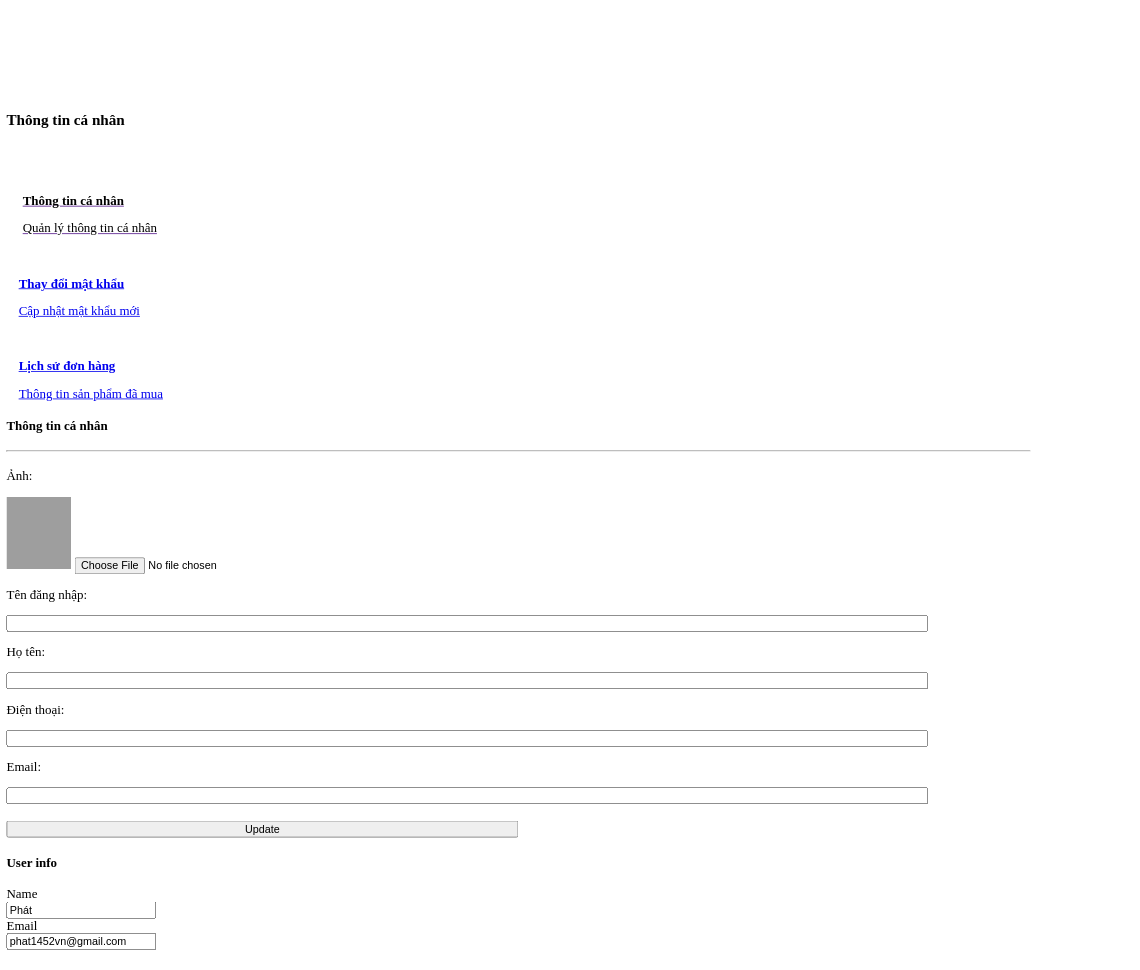
Repository: nguyengiabao245/NHOM3_C2
Page: http://localhost/DoAnJava/WEB-INF/views/account/edit.jsp
An editor plug-in stored every save of this project. The page is shown before and after the next save, followed by the edit.
The browser window is 1280 px wide. The page is 1408 px wide, so the pictures cover 1408 px, including what lies to the right of the window. The pictures show the whole page, at 81% of full size.
Pictures or frames that could not be fetched are drawn as grey boxes. The page is served by Tomcat 9. Nobody is signed in. Other server files are loaded and not shown. The template is opened directly, without the code that normally fills it, so the values that code supplies are empty.

Above is the page before, as saved 2022-05-16 05:45:28.

### DoAnJava/src/main/webapp/WEB-INF/views/account/edit.jsp
<%@ page pageEncoding="utf-8"%>
<%@ taglib uri="http://www.springframework.org/tags/form" prefix="form"%>
<%@ taglib uri="http://www.springframework.org/tags" prefix="s"%>

<div class="container" style="margin-bottom: 25px;margin-top: 100px">
	<br>


	<h3 class="title" style="font-weight: 700">Thông tin cá nhân</h3>
	<br>


	<div class="row">
		<div class="col-sm-4">
			<div class="quan-li-thong-tin">
				<li class="nav-item2 active" style="list-style-type: none;"><a
					class="nav-link collapsed" href="" ata-toggle="collapse"
					id="i">
						<div class="row">
							<div class="col-sm-2">
								<i class="fas fa-info-circle" style="font-size: 30px; padding: 12px 5px; color: black;"></i>
							</div>
							<div class="col-sm-10" style="padding: 0px 15px;">
								<span> <b>Thông tin cá nhân</b>
									<p>Quản lý thông tin cá nhân</p>
								</span>
							</div>
						</div>
				</a></li>
			</div>
			<li class="nav-item2" style="list-style-type: none;">
				<a class="nav-link collapsed" href="/account/change" data-toggle="collapse" data-target="#collapseNews" aria-expanded="true" aria-controls="collapseNews">
					<div class="row">
						<div class="col-sm-2">
							<i class="fas fa-key"
								style="font-size: 30px; padding: 12px 5px; color: rgb(255, 208, 0);"></i>
						</div>
						<div class="col-sm-10" style="padding: 0px 15px;">
							<span> <b>Thay đổi mật khẩu</b>
								<p>Cập nhật mật khẩu mới</p>
							</span>
						</div>
					</div>
				</a>
			</li>
			<li class="nav-item2" style="list-style-type: none;"><a
				class="nav-link collapsed" href="/order/list"
				data-target="#collapseTwo" aria-expanded="true"
				aria-controls="collapseTwo">
					<div class="row">
						<div class="col-sm-2">
							<i class="fas fa-shopping-cart"
								style="font-size: 30px; padding: 12px 5px; color: brown;"></i>
						</div>
						<div class="col-sm-10" style="padding: 0px 15px;">
							<span> <b>Lịch sử đơn hàng</b>
								<p>Thông tin sản phẩm đã mua</p>
							</span>
						</div>
					</div>
			</a>
		</li>

		</div>





<!--  -->
		<div class="col-sm-8">
			<div class="ct1">
				<div>
					<div class="panel-heading">
                                <h4 class="panel-title">Thông tin cá nhân</h4>
                            </div>
					<hr>
					<form:form action="/account/edit" modelAttribute="form" enctype="multipart/form-data">
					<h4 class="label label-danger">${message}</h4>
						<div class="row" style="margin-top:20px">
							<div class="col-sm-4">
								<p>Ảnh:</p>
							</div>
							<div class="col-sm-8">
								<p>
									<img src="/static/images/customers/${form.photo}"
										style="width: 80px; height: 90px;" /> <input type="file"
										name="photo_file" />
									<form:hidden path="photo" class="form-control" />
								</p>
							</div>
						</div>
						<div class="row">
							<div class="col-sm-4">
								<p>Tên đăng nhập:</p>
							</div>
							<div class="col-sm-8">
								<p>
									<form:input style="width: 90%;" path="id" class="form-control" readonly="true" />
								</p>
							</div>
						</div>
						<div class="row">
							<div class="col-sm-4">
								<p>Họ tên:</p>
							</div>
							<div class="col-sm-8">
								<p>
									<form:input style="width: 90%;" path="fullname" class="form-control" required="required" pattern=".{6,}" title="Họ tên phải từ 6 ký tự trở lên"/>
								</p>
							</div>
						</div>
						<div class="row">
							<div class="col-sm-4">
								<p>Điện thoại:</p>
							</div>
							<div class="col-sm-8">
								<p>
									<form:input style="width: 90%;" path="telephone" class="form-control" required="required" pattern=".{10,}" title="Số điện thoại gồm 10 số "/>
								</p>
							</div>
						</div>
						<div class="row">
							<div class="col-sm-4">
								<p>Email:</p>
							</div>
							<div class="col-sm-8">
								<p>
									<form:input style="width: 90%;" path="email" class="form-control" required="required" pattern="[a-z0-9._%+-]+@[a-z0-9.-]+\.[a-z]{2,}$" title="Email không hợp lệ"/>
								</p>
							</div>
						</div>
						<div class="row">
							<div class="col-sm-4"></div>
							<div class="col-sm-8" style=" right:-85px;margin-top:20px">
								<form:hidden path="password" />
								<form:hidden path="activated" />
								<form:hidden path="admin" />
								<button class="userauth__btn" style="width: 50%;">Update</button>
							</div>
						</div>

						 <div class="panel panel-default">
                            <div class="panel-heading">
                                <h4 class="panel-title">User info</h4>
                            </div>
                            <div class="panel-body">
                                <div class="form-group">
                                    <label class="col-sm-2 control-label">Name</label>
                                    <div class="col-sm-10">
                                        <input name="name" type="text" class="form-control" value="Phát">
                                    </div>
                                </div>
                                <div class="form-group">
                                    <label class="col-sm-2 control-label">Email</label>
                                    <div class="col-sm-10">
                                        <input name="email" type="text" class="form-control" value="phat1452vn@gmail.com">
                                    </div>
                                </div>
                            </div>
                        </div>
					</form:form>
				</div>
			</div>
		</div>
	</div>
</div>






<style>
.dang-nhap {
	background-color: white;
	padding: 30px 120px;
	margin: 0 auto;
	width: 60%;
}

.quan-li-thong-tin .active {
	background-color: white;
	width: 110%;
	padding: 10px 5px 0px;
	border-radius: 5px;
}

.gach {
	background-color: blue;
	width: 100px;
}

.quan-li-thong-tin .active span {
	color: black;
}
</style>

After the next save:
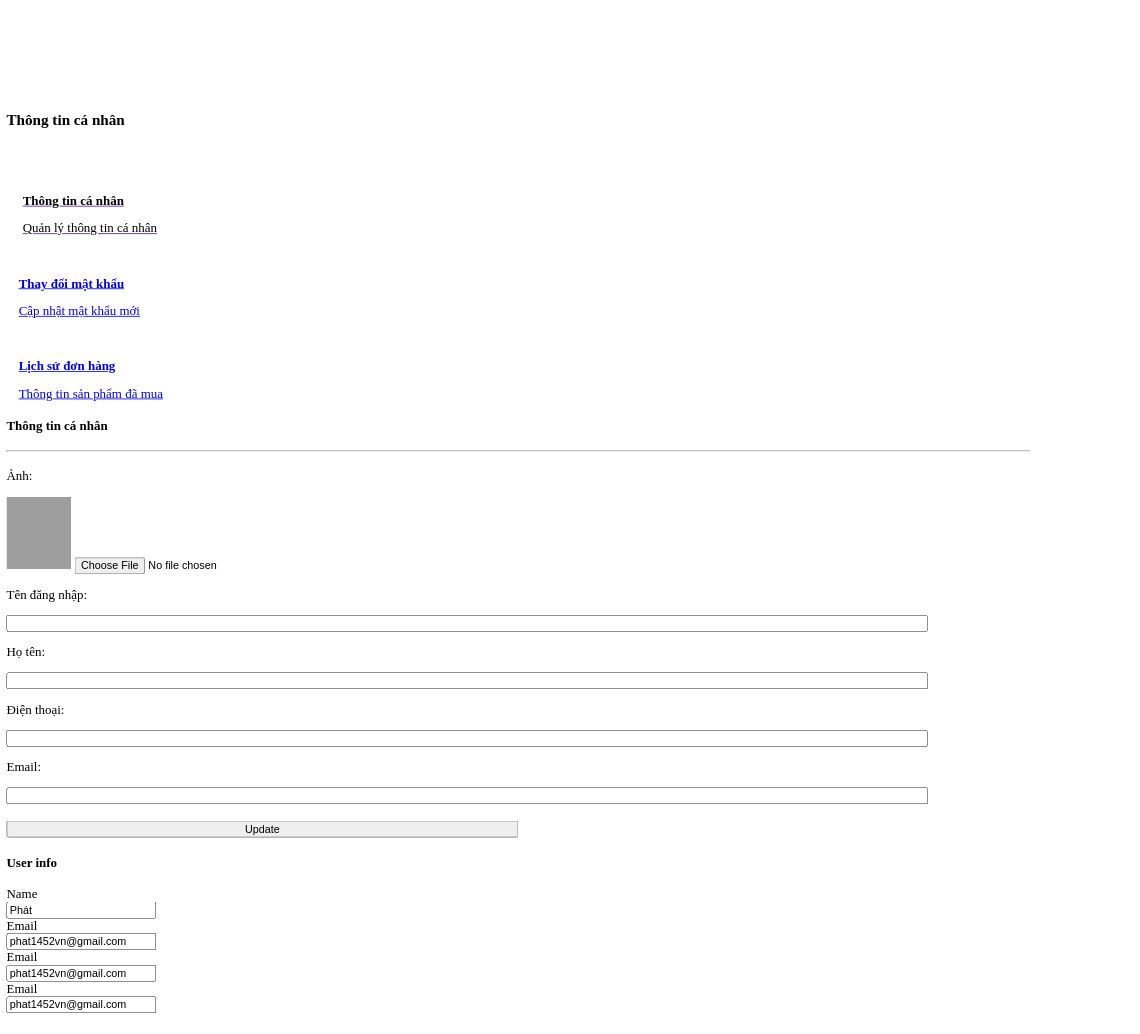
Saved 32 s later.
--- a/DoAnJava/src/main/webapp/WEB-INF/views/account/edit.jsp
+++ b/DoAnJava/src/main/webapp/WEB-INF/views/account/edit.jsp
@@ -157,8 +157,21 @@
                                         <input name="email" type="text" class="form-control" value="phat1452vn@gmail.com">
                                     </div>
                                 </div>
+                                <div class="form-group">
+                                    <label class="col-sm-2 control-label">Email</label>
+                                    <div class="col-sm-10">
+                                        <input name="email" type="text" class="form-control" value="phat1452vn@gmail.com">
+                                    </div>
+                                </div>
+                                <div class="form-group">
+                                    <label class="col-sm-2 control-label">Email</label>
+                                    <div class="col-sm-10">
+                                        <input name="email" type="text" class="form-control" value="phat1452vn@gmail.com">
+                                    </div>
+                                </div>
                             </div>
                         </div>
+
 					</form:form>
 				</div>
 			</div>

After the save that followed:
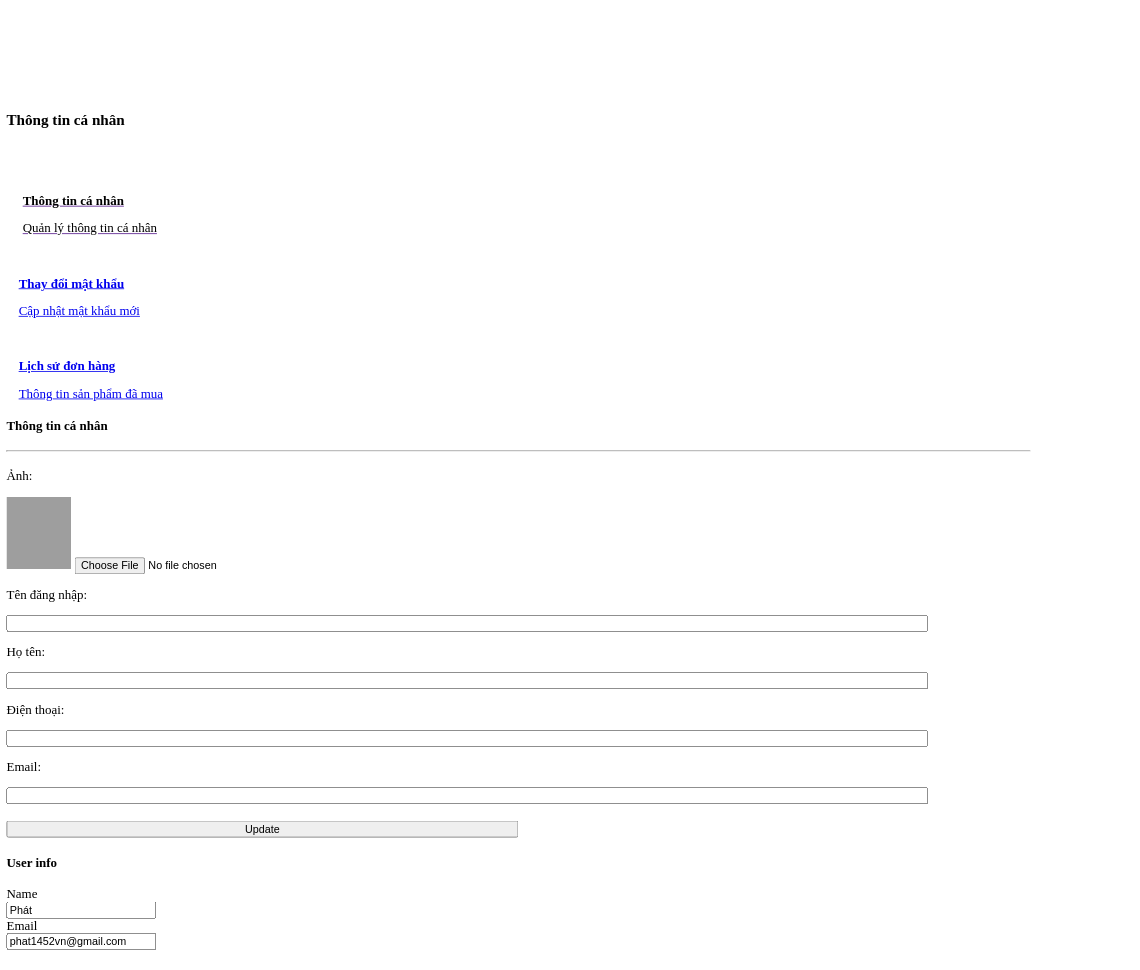
Saved 16 s later.
--- a/DoAnJava/src/main/webapp/WEB-INF/views/account/edit.jsp
+++ b/DoAnJava/src/main/webapp/WEB-INF/views/account/edit.jsp
@@ -157,21 +157,8 @@
                                         <input name="email" type="text" class="form-control" value="phat1452vn@gmail.com">
                                     </div>
                                 </div>
-                                <div class="form-group">
-                                    <label class="col-sm-2 control-label">Email</label>
-                                    <div class="col-sm-10">
-                                        <input name="email" type="text" class="form-control" value="phat1452vn@gmail.com">
-                                    </div>
-                                </div>
-                                <div class="form-group">
-                                    <label class="col-sm-2 control-label">Email</label>
-                                    <div class="col-sm-10">
-                                        <input name="email" type="text" class="form-control" value="phat1452vn@gmail.com">
-                                    </div>
-                                </div>
                             </div>
                         </div>
-
 					</form:form>
 				</div>
 			</div>
